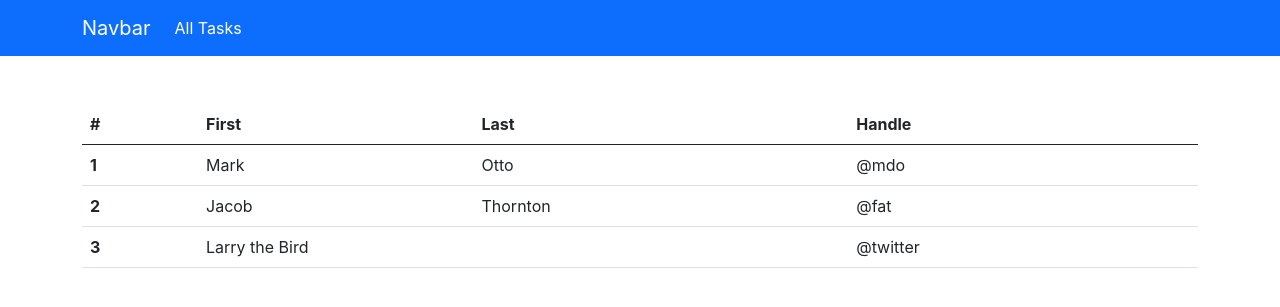
Repository: swathivanka444/MERN-CRUD
Page: /home (app in frontend_crudapp_reactjs-master/)
An editor plug-in stored every save of this project. The page is shown before and after the next save, followed by the edit.
The browser window is 1280 px wide. The pictures show the whole page.
The project was rebuilt for these pictures with package versions that can differ from the ones it lists, and the page was loaded fresh each time. Also part of the build but not shown: frontend_crudapp_reactjs-master/src/App.css.

Above is the page before, as saved 2023-08-29 12:29:26.

After the next save:
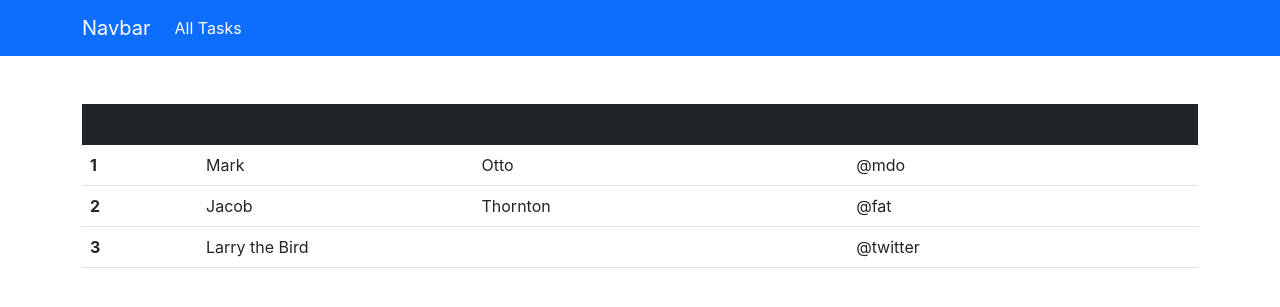
Saved 81 s later.
--- a/frontend_crudapp_reactjs-master/src/component/AllTasks.js
+++ b/frontend_crudapp_reactjs-master/src/component/AllTasks.js
@@ -4,7 +4,7 @@ export default function AllTasks() {
         <div className="container mt-5">
             <table class="table">
                 <thead>
-                    <tr>
+                    <tr className="bg-dark">
                         <th scope="col">#</th>
                         <th scope="col">First</th>
                         <th scope="col">Last</th>
